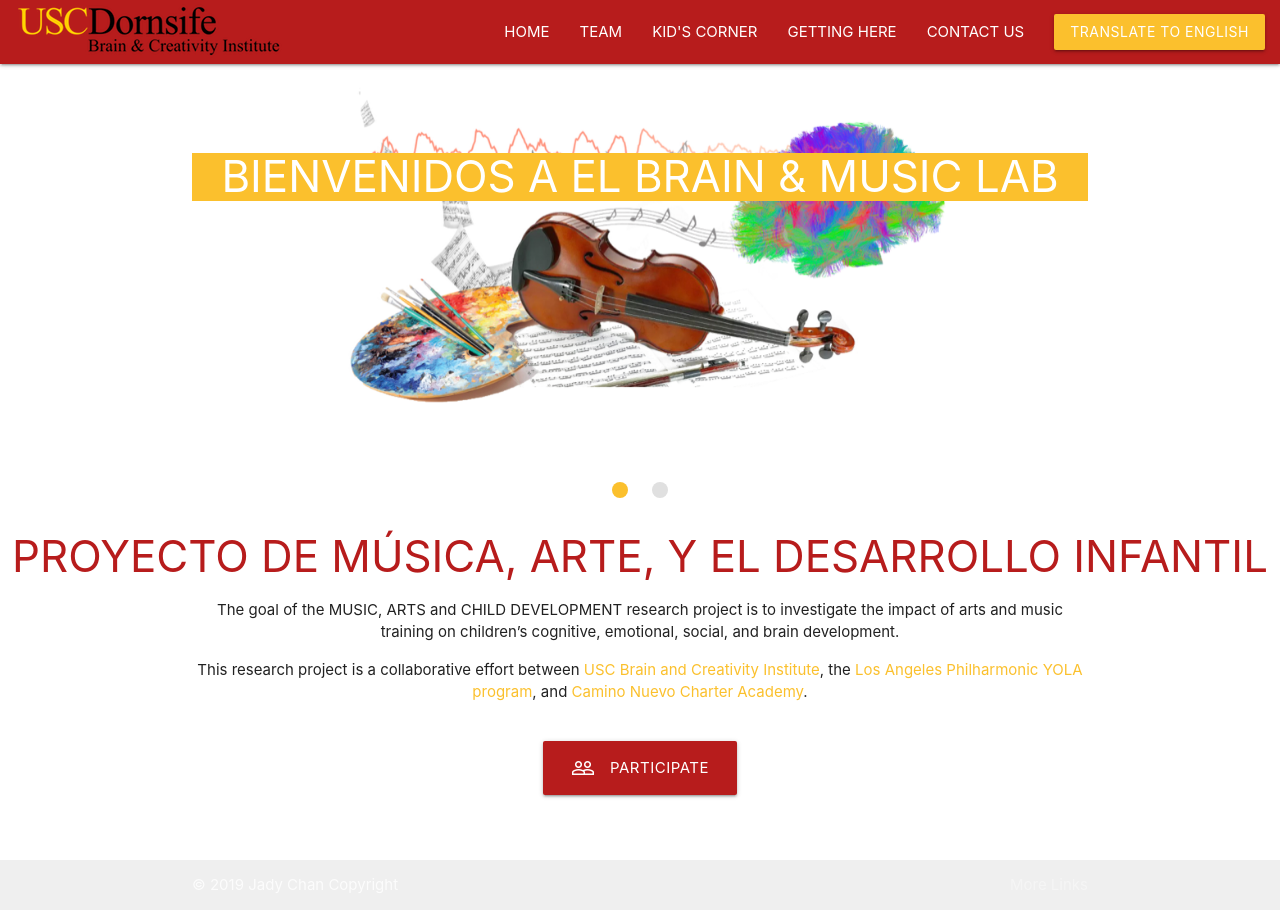
Repository: jadcy/brain-music
Page: indexsp.html
The author's editor kept a record of every edit. The page is drawn from the files as they stood at one moment, then again after the next edit.
The browser window is 1280 px wide. The pictures show the whole page.
Some web libraries are served in a nearby version.

Above is the page before.

### indexsp.html
<!DOCTYPE html>
<html>
    <head>
      <meta charset="UTF-8">
      <meta name="viewport" content="width=device-width, initial-scale=1.0">
      <meta http-equiv="X-UA-Compatible" content="ie=edge">
      <!-- font awesome -->
      <link rel="stylesheet" href="https://use.fontawesome.com/releases/v5.0.13/css/all.css" integrity="sha384-DNOHZ68U8hZfKXOrtjWvjxusGo9WQnrNx2sqG0tfsghAvtVlRW3tvkXWZh58N9jp" crossorigin="anonymous">
      <!--Import Google Icon Font-->
      <link href="https://fonts.googleapis.com/icon?family=Material+Icons" rel="stylesheet">
      <!-- Compiled and minified CSS -->
      <link rel="stylesheet" href="https://cdnjs.cloudflare.com/ajax/libs/materialize/1.0.0-beta/css/materialize.min.css">
      <link type="text/css" rel="stylesheet" href="css/materialize.css"  media="screen,projection"/>
      <link rel="icon" href="img/music2.png">
    </head>

    <body>
        <div class = "navbar-fixed">
          <nav class = "nav red darken-4">
            <div class="nav-wrapper">
              <a href="#!" class="brand-logo"><img src = "img/logo.png"/></a>
              <ul class="right hide-on-med-and-down">
                <li><a href="index.html">HOME</a></li>
                <li><a href="team.html">TEAM</a></li>
                <li><a href="team.html">KID'S CORNER</a></li>
                <li><a href="getting.html">GETTING HERE</a></li>
                <li><a href="contact.html">CONTACT US</a></li>
                <li><a class="waves-effect waves-light btn" style="background-color: #fbc02d" href="index.html">TRANSLATE TO ENGLISH</a></li>
              </ul>
            </div>
          </nav>
        </div>

        <div class="slider">
          <ul class="slides">
            <li>
              <img src="img/music2.png" class="responsive-img">
              <div class="caption center-align">
                <h3 style="background-color:#fbc02d;">BIENVENIDOS A EL BRAIN & MUSIC LAB</h3>
              </div>
            </li>
            <li>
              <img src="img/music1.png" class="responsive-img">
            </li>
          </ul>
        </div>

        <div class = "center">
          <h3 style="color:#b71c1c">PROYECTO DE MÚSICA, ARTE, Y EL DESARROLLO INFANTIL</h3>
        </div>

        <div class="container">
        <div class="center">
          <p style="text-align:center;">The goal of the MUSIC, ARTS and CHILD DEVELOPMENT research project is to investigate the impact of arts and music training on children’s cognitive, emotional, social, and brain development.</p>
          <p style="text-align:center">This research project is a collaborative effort between <a href="https://dornsife.usc.edu/bci/" target="_blank" style="color:#fbc02d">USC Brain and Creativity Institute</a>, the <a href="https://www.laphil.com/education/local-programs/youth-orchestra-los-angeles/" target="_blank" style="color:#fbc02d">Los Angeles Philharmonic YOLA program</a>, and <a href="https://www.caminonuevo.org/" target="_blank" style="color:#fbc02d">Camino Nuevo Charter Academy</a>.</p>
          <br>
          <a class="waves-effect waves-light btn-large red darken-4" href="contact.html"><i class="material-icons left">people_outline</i>PARTICIPATE</a>

        </div></div>

        <br><br>
        <footer class="page-footer">
          <div class="footer-copyright">
            <div class="container">
            © 2019 Jady Chan Copyright
            <a class="grey-text text-lighten-4 right" href="#!">More Links</a>
            </div>
          </div>
        </footer>

        <!-- Compiled and minified JavaScript -->
        <script src="https://code.jquery.com/jquery-3.3.1.min.js"></script>
        <script src="https://cdnjs.cloudflare.com/ajax/libs/materialize/1.0.0-beta/js/materialize.min.js"></script>
        <script>
          $(document).ready(function(){
            $('.slider').slider();
          });
        </script>
    </body>
</html>

Loaded but not shown: css/materialize.css (library)

After the next edit:
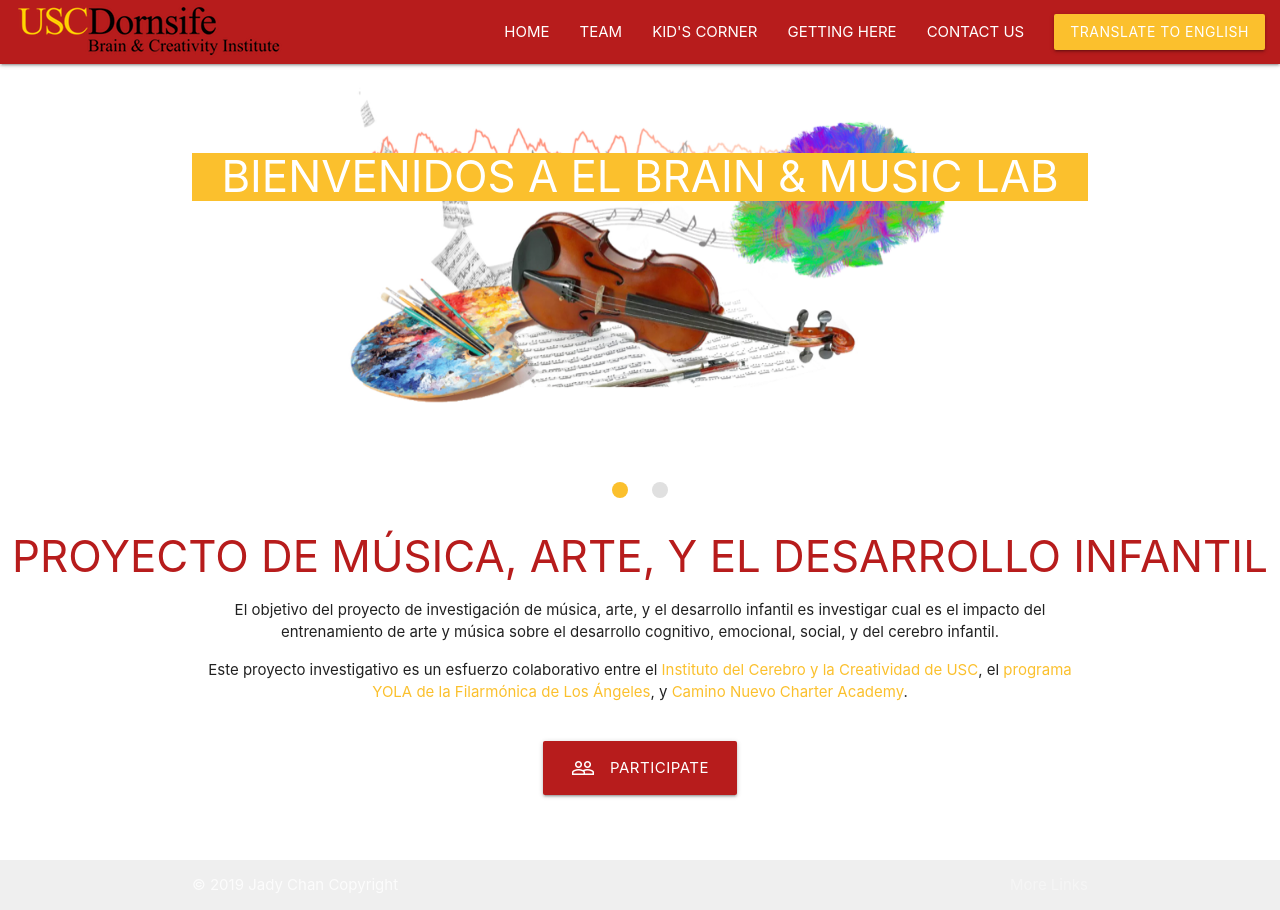
The edit:
--- a/indexsp.html
+++ b/indexsp.html
@@ -51,8 +51,8 @@
 
         <div class="container">
         <div class="center">
-          <p style="text-align:center;">The goal of the MUSIC, ARTS and CHILD DEVELOPMENT research project is to investigate the impact of arts and music training on children’s cognitive, emotional, social, and brain development.</p>
-          <p style="text-align:center">This research project is a collaborative effort between <a href="https://dornsife.usc.edu/bci/" target="_blank" style="color:#fbc02d">USC Brain and Creativity Institute</a>, the <a href="https://www.laphil.com/education/local-programs/youth-orchestra-los-angeles/" target="_blank" style="color:#fbc02d">Los Angeles Philharmonic YOLA program</a>, and <a href="https://www.caminonuevo.org/" target="_blank" style="color:#fbc02d">Camino Nuevo Charter Academy</a>.</p>
+          <p style="text-align:center;">El objetivo del proyecto de investigación de música, arte, y el desarrollo infantil es investigar cual es el impacto del entrenamiento de arte y música sobre el desarrollo cognitivo, emocional, social, y del cerebro infantil.</p>
+          <p style="text-align:center">Este proyecto investigativo es un esfuerzo colaborativo entre el <a href="https://dornsife.usc.edu/bci/" target="_blank" style="color:#fbc02d">Instituto del Cerebro y la Creatividad de USC</a>, el <a href="https://www.laphil.com/education/local-programs/youth-orchestra-los-angeles/" target="_blank" style="color:#fbc02d">programa YOLA de la Filarmónica de Los Ángeles</a>, y <a href="https://www.caminonuevo.org/" target="_blank" style="color:#fbc02d">Camino Nuevo Charter Academy</a>.</p>
           <br>
           <a class="waves-effect waves-light btn-large red darken-4" href="contact.html"><i class="material-icons left">people_outline</i>PARTICIPATE</a>
 
